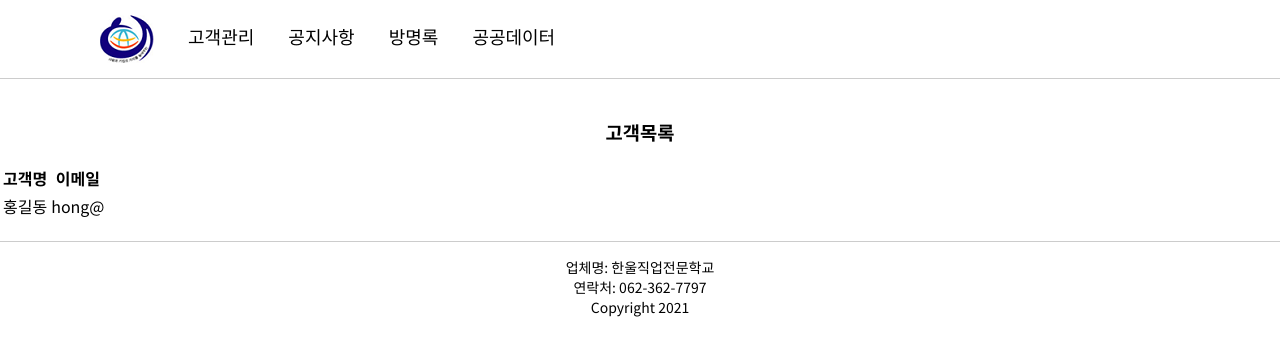
Repository: JSY93/spring-web
Page: http://localhost/iot/WEB-INF/views/customer/list.jsp
The author's editor kept a copy of each file at every save. The page is drawn from the files as they stood at one save, then again after the next save.
The browser window is 1280 px wide. The pictures show the whole page.
The page is served by Tomcat 9. Nobody is signed in. Other server files are loaded and not shown. The template is opened directly, without the code that normally fills it, so the values that code supplies are empty.

Above is the page before, as saved 2021-01-08 06:35:00.

### Study_Spring/iot/src/main/webapp/WEB-INF/views/customer/list.jsp
<%@ page language="java" contentType="text/html; charset=UTF-8" pageEncoding="UTF-8"%>
<!DOCTYPE html>
<html>
<head>
<meta charset="UTF-8">
<title>Insert title here</title>
</head>
<body>
<jsp:include page="/WEB-INF/views/include/header.jsp" />
<div id='content'>
<h3>고객목록</h3>
<table>
<tr><th>고객명</th>
	<th>이메일</th>
</tr>
<tr><td>홍길동</td>
	<td>hong@</td>
</tr>
</table>

</div>
<jsp:include page="/WEB-INF/views/include/footer.jsp" />

</body>
</html>

### Study_Spring/iot/src/main/webapp/WEB-INF/views/include/header.jsp
<%@ page language="java" contentType="text/html; charset=UTF-8"
    pageEncoding="UTF-8"%>
<%@ taglib prefix="c" uri="http://java.sun.com/jsp/jstl/core" %>
<link rel='stylesheet' type='text/css' href='css/common.css'>
<header style='border-bottom:1px solid #ccc; padding:15px 0; text-align:left'>
	<div class='category' style='margin-left:100px'>
	<ul>
		<li><a href='<c:url value="/" />'><img src='imgs/hanul.logo.png'/></a></li>
		<li><a class="${category eq 'cu' ? 'active' : ''}" href='list.cu'>고객관리</a></li>
		<li><a class="${category eq 'no' ? 'active' : ''}" href='list.no'>공지사항</a></li>
		<li><a class="${category eq 'bo' ? 'active' : ''}" href='list.bo'>방명록</a></li>
		<li><a class="${category eq 'da' ? 'active' : ''}" href='list.da'>공공데이터</a></li>
	</ul>
	</div>
</header>
<style>
header ul, header ul li {
	margin:0; padding:0; display:inline }
.category { font-size:18px }
.category li:not(:first-child) { padding-left:30px }
.category li a:hover,
.category li a.active { font-weight:bold; color:#0000cd; }
</style>

### Study_Spring/iot/src/main/webapp/WEB-INF/views/include/footer.jsp
<%@ page language="java" contentType="text/html; charset=UTF-8"
    pageEncoding="UTF-8"%>
<footer style='font-size:14px; border-top:1px solid #ccc; padding:15px 0;'>
	<div>업체명: 한울직업전문학교</div>
	<div>연락처: 062-362-7797</div>
	<div>Copyright 2021</div>
</footer>

### Study_Spring/iot/src/main/webapp/resources/css/common.css
@charset "UTF-8";
@import url('https://fonts.googleapis.com/css2?family=Noto+Sans+KR&display=swap');

body{
	margin:0 auto;
	text-align:center;
	font-family: 'Noto Sans KR', sans-serif;
}
a:link, a:visited { text-decoration:none; color:#000; }
#content{ padding:20px 0; min-width:1280px; }
img { vertical-align:middle; }

After the next save:
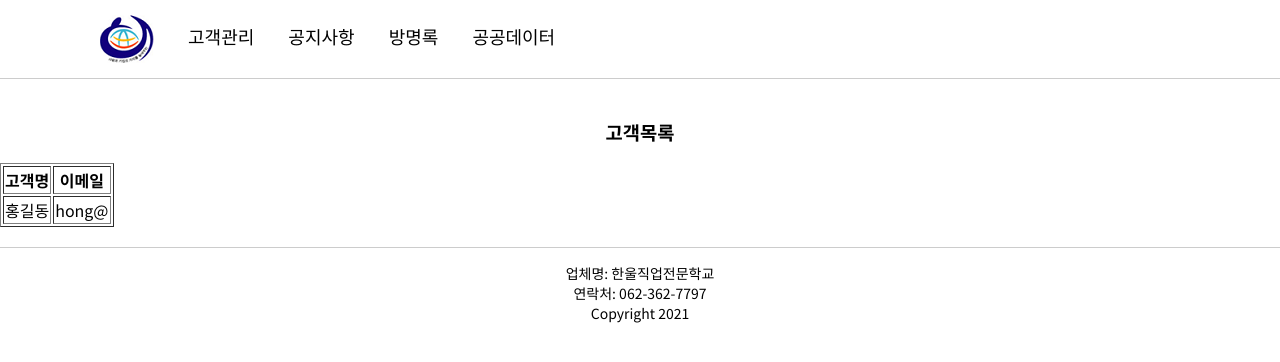
Saved 17 s later.
--- a/Study_Spring/iot/src/main/webapp/WEB-INF/views/customer/list.jsp
+++ b/Study_Spring/iot/src/main/webapp/WEB-INF/views/customer/list.jsp
@@ -9,7 +9,7 @@
 <jsp:include page="/WEB-INF/views/include/header.jsp" />
 <div id='content'>
 <h3>고객목록</h3>
-<table>
+<table border='1'>
 <tr><th>고객명</th>
 	<th>이메일</th>
 </tr>
